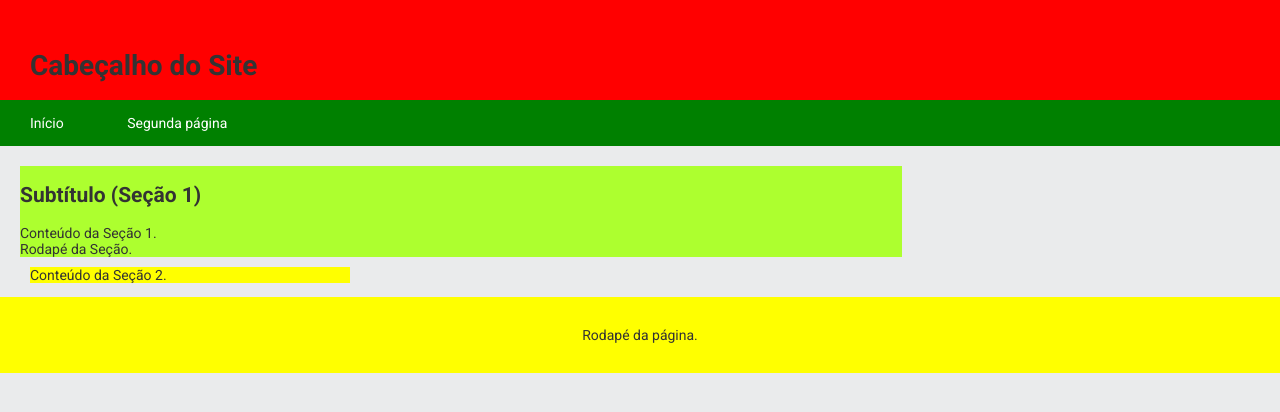
Repository: rrresck/pos_graduacao
Page: index.html
These files come from the project's save history. The page is drawn as it stood at one moment and after the next save; the edit follows.
The browser window is 1280 px wide. The pictures show the whole page.

Above is the page before, as saved 2023-05-04 11:30:58.

### index.html
<!DOCTYPE html>
<html lang="pt-BR">
<head>
    <meta charset="UTF-8">
    <meta http-equiv="X-UA-Compatible" content="IE=edge">
    <meta name="viewport" content="width=device-width, initial-scale=1.0">
    <meta name="author" content="Rafael Rodrigues Resck">
    <meta name="description" content="Template inicial do HTML.">
    <link rel="stylesheet" href="css/styles.css">
    <title>Tema 5 - Bloco 1</title>
</head>
<body>
    <header class="cabecalho">
        <h1>Cabeçalho do Site</h1>
    </header>
    <nav class="menu">
        <ul>
            <li><a href="index.html">Início</a></li>
            <li><a href="#">Segunda página</a></li>
        </ul>
    </nav>
    <div class="row">
        <section id="secao1">
            <header>
                <h2>Subtítulo (Seção 1)</h2>
            </header>
            <article>
                Conteúdo da Seção 1.
            </article>
            <footer>
                Rodapé da Seção.
            </footer>
            <aside id="secao2">
                Conteúdo da Seção 2.
            </aside>
        </section>
    </div>
    <footer class="rodape">
        Rodapé da página.
    </footer>
</body>
</html>

### css/styles.css
@import url("https://fonts.googleapis.com/css?family=Roboto:400,500,700&display=swap");

body {
    margin: 0;
    padding: 0;
    font: 14px "Roboto", sans-serif;
    color: #333;
    background: #eaebec;
    -webkit-font-smoothing: antialiased !important;
}

.cabecalho {
    height: 40px;
    padding: 30px;
    text-align: left;
    background: red;
    overflow: hidden;
}

.menu {
    background-color: green;
    overflow: hidden;
}

.menu ul {
    margin-right: 10%;
    margin-left: 10%;
}

.menu ul, li {
    padding: 0;
    margin: 0;
}

.menu li, a {
    color: #ffffff;
    text-decoration: none;
    display: inline-block;
}

.menu a {
    padding: 15px 30px;
}

.menu a:hover {
    background-color: white;
    color: black;
}

.row {
    padding: 10px;
}

#secao1 {
    float: left;
    width: 70%;
    background-color: greenyellow;
    margin: 10px;
}

#secao2 {
    position: fixed;
    width: 25%;
    background-color: yellow;
    margin: 10px;
}

.row::after {
    content: "";
    display: table;
    clear: both;
}

.rodape {
    padding: 30px;
    background: yellow;
    text-align: center;
    margin-top: 20px;
}

After the next save:
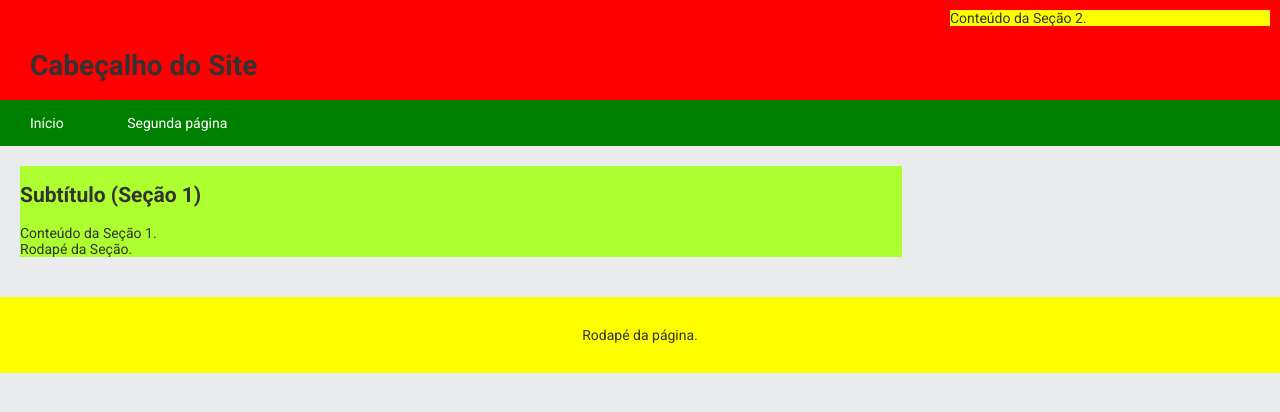
Saved 47 s later.
--- a/css/styles.css
+++ b/css/styles.css
@@ -60,6 +60,8 @@ body {
 
 #secao2 {
     position: fixed;
+    top: 0;
+    right: 0;
     width: 25%;
     background-color: yellow;
     margin: 10px;
